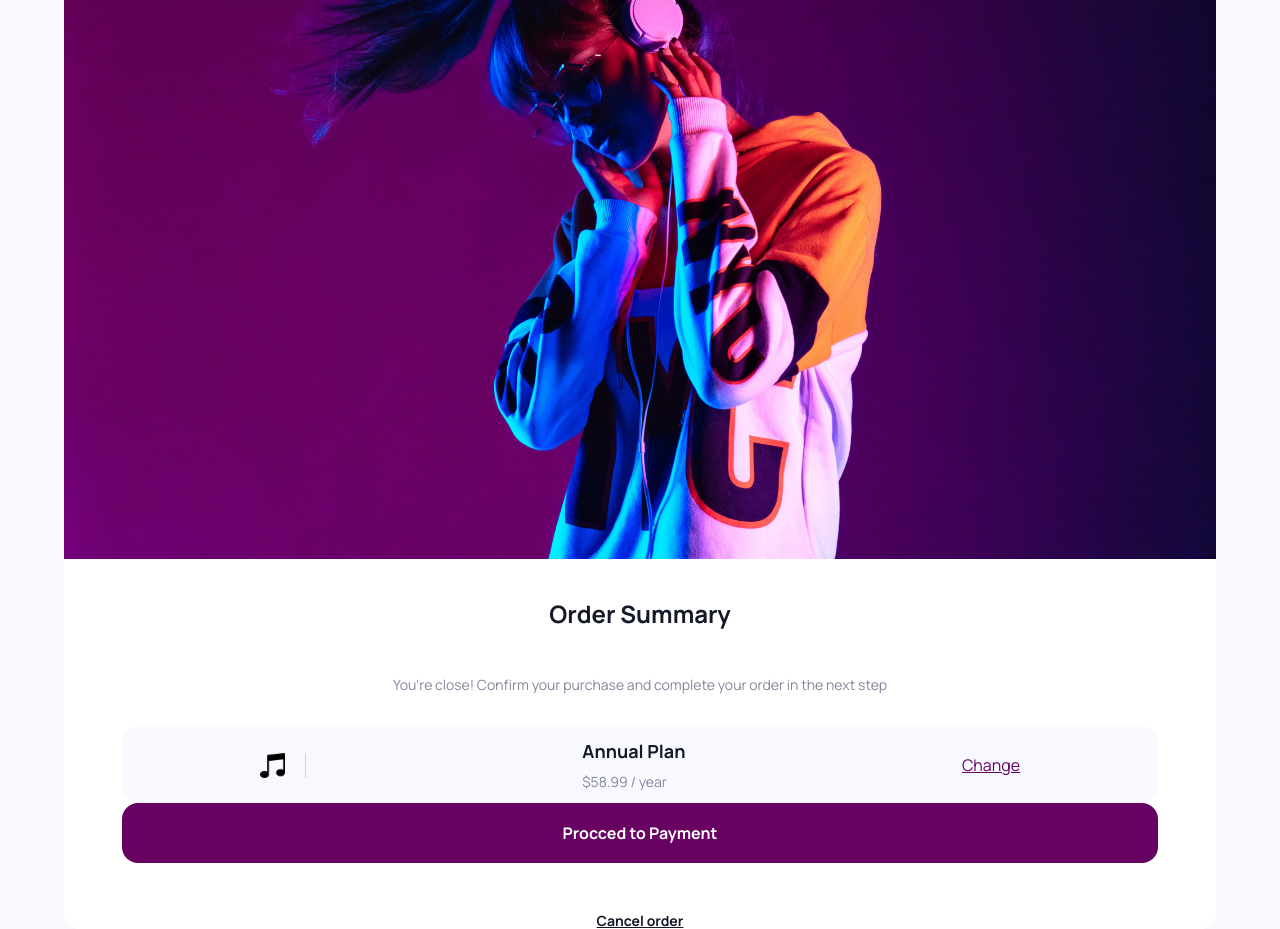
Repository: ssynowiec/INVO-Academy-solution
Page: /
An editor plug-in stored every save of this project. The page is shown before and after the next save, followed by the edit.
The browser window is 1280 px wide. The pictures show the whole page.
The project was rebuilt for these pictures with package versions that can differ from the ones it lists, and the page was loaded fresh each time.

Above is the page before, as saved 2023-03-04 20:17:57.

### index.html
<!DOCTYPE html>
<html lang="en">

<head>
  <meta charset="UTF-8" />
  <link rel="icon" type="image/svg+xml" href="/vite.svg" />
  <meta name="viewport" content="width=device-width, initial-scale=1.0" />
  <title>INVO Academy JS Starter with Vite</title>
</head>

<!-- In order to start your challenge, remove all the content inside <div id="home-page"></div> and start coding :) -->

<body>
  <div id="home-page" class="container">
    <section class="order">
      <img src="/images/girl.jpeg" alt="" class="order-image">
      <h1 class="order-title">Order Summary</h1>
      <p class="order-description">You're close! Confirm your purchase and complete your order in the next step</p>
      <div class="order-summary">
        <img src="/images/music.png" alt="" class="order-icon">
        <div class="product">
          <h2 class="product-name">Annual Plan</h2>
          <p class="product-price">$58.99 / year</p>
        </div>
        <a href="#" class="product-link">Change</a>
      </div>
      <button class="order-button">Procced to Payment</button>
      <a href="#" class="order-link">Cancel order</a>
    </section>
  </div>

  <script type="module" src="/src/global-scripts/main.js"></script>
  <script type="module" src="/src/pages/home-page/scripts/home-page.js"></script>
</body>

</html>

### src/pages/home-page/scripts/home-page.js
/// Homepage JavaScript File
/// Here we import all the JavaScript files we need for our homepage.

import '../styles/home-page.scss';

### src/global-styles/style.scss
/// Main Styles File
/// Here we import all the global Styles files we need for our project.

@import 'styles/normalize.scss';
@import 'styles/root.scss';
@import 'styles/fonts.scss';

body {
	font-family: 'Manrope', sans-serif;
	color: var(--color-primary);
	background-color: var(--color-background);
	display: flex;
	justify-content: center;
	align-items: center;
	height: 100vh;
}

p {
	color: var(--color-on-surface);
}

### src/pages/home-page/styles/home-page.scss
/// Homepage Styles File
/// Here we import all the Styles files we need for our Homepage.

.container {
	display: flex;
	justify-content: center;
	align-items: center;
}

.order {
	display: flex;
	flex-direction: column;
	justify-content: between;
	align-items: center;
	width: 90%;
	border-radius: 16px;
	overflow: hidden;
	background-color: var(--color-white);

	&-image {
		width: 100%;
		height: 20%;
		object-fit: cover;
	}

	&-title {
		font-weight: bold;
		padding-top: 25px;
		font-size: 24px;
		color: var(--color-title);
	}

	&-description {
		font-size: 14px;
		padding: 20px;
		color: var(--color-body);
		text-align: center;
	}

	&-summary {
		display: flex;
		justify-content: space-around;
		align-items: center;
		width: 90%;
		border-radius: 16px;
		background-color: var(--color-background);
	}

	&-icon {
		width: 25px;
		height: 25px;
		// margin: 10px;
		padding-right: 20px;
		border-right: 1px solid var(--color-stroke);
	}

	&-button {
		width: 90%;
		height: 60px;
		padding: 10px;
		border-radius: 16px;
		font-weight: bold;
		font-size: 16px;
		line-height: 160%;
		letter-spacing: -1%;
		border: none;
		background-color: var(--color-primary);
		color: var(--color-white);
		cursor: pointer;

		&:hover {
			background-color: var(--color-primary-hover);
		}
	}

	&-link {
		letter-spacing: -1%;
		padding-top: 50px;
		font-size: 14px;
		font-weight: bold;
		color: var(--color-title);
	}
}

.product {
	color: var(--color-title);

	&-name {
		font-size: 18px;
		line-height: 18px;
		font-weight: bold;
	}

	&-price {
		font-weight: medium;
		font-size: 14px;
		line-height: 14px;
		color: var(--color-body);
	}

	&-link {
		color: var(--color-primary);
		font-size: 16px;
		line-height: 160%;
	}
}

### src/global-styles/styles/root.scss
/// Root Styles file
/// Here we define all the root variables we need for our project.
/// For examples see Material Design color system: https://m2.material.io/design/color/the-color-system.html

:root {
	--color-primary: #680262;
	--color-primary-hover: #490245;
	--color-background: #f8f9fe;
	--color-title: #151827;
	--color-body: #85859b;
	--color-stroke: #cfd1dd;
	--color-white: #ffffff;
}

### src/global-styles/styles/fonts.scss
/// Main Fonts File
/// Here we import all the fonts files we need for our project.

@import url('https://fonts.googleapis.com/css2?family=Manrope:wght@200;300;400;500;600;700;800&display=swap');

Loaded but not shown: src/global-scripts/main.js (common file); src/global-styles/styles/normalize.scss (common file)

After the next save:
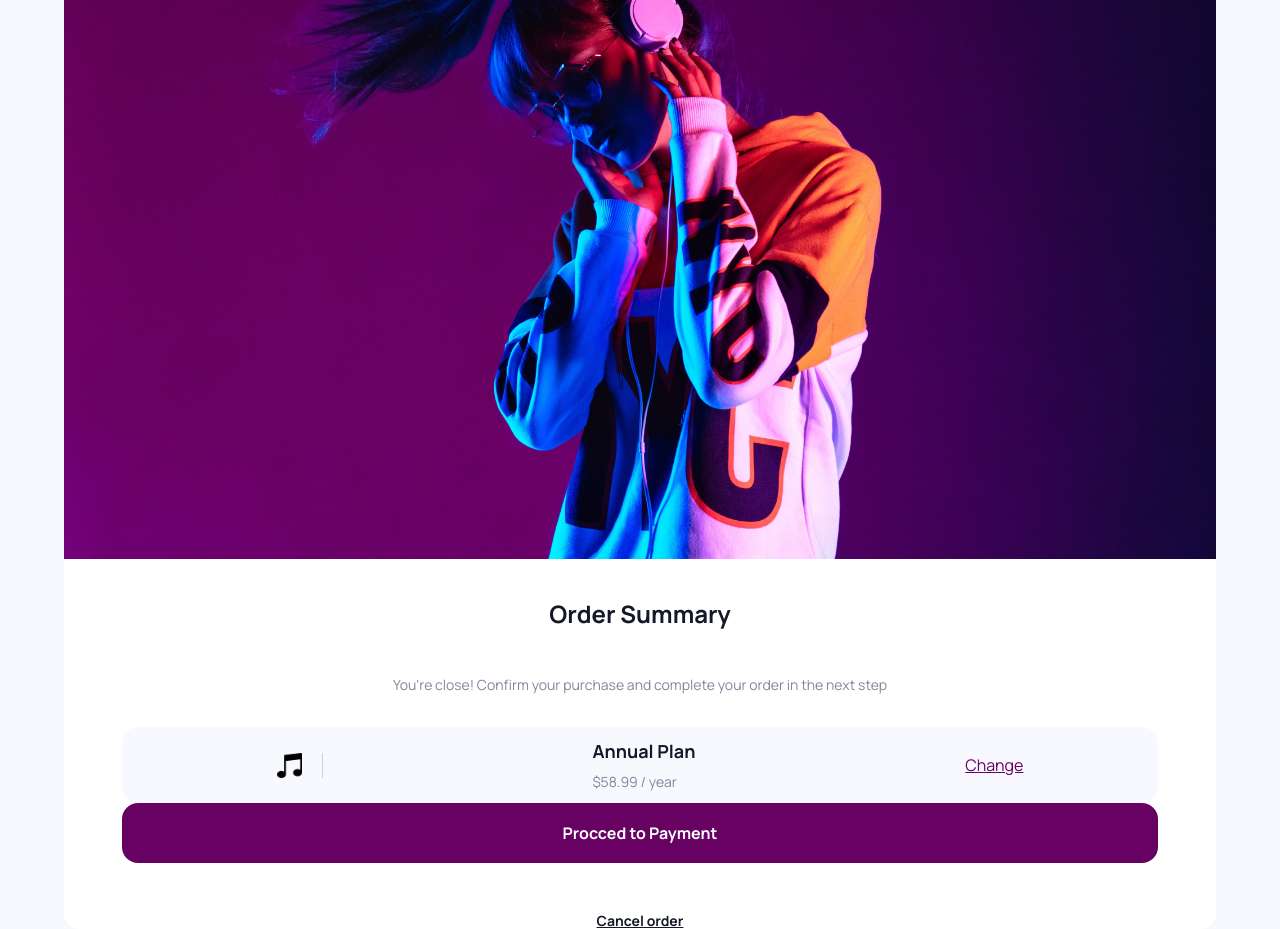
Saved 14 s later.
--- a/src/pages/home-page/styles/home-page.scss
+++ b/src/pages/home-page/styles/home-page.scss
@@ -50,7 +50,7 @@
 		width: 25px;
 		height: 25px;
 		// margin: 10px;
-		padding-right: 20px;
+		padding: 0 20px;
 		border-right: 1px solid var(--color-stroke);
 	}
 
